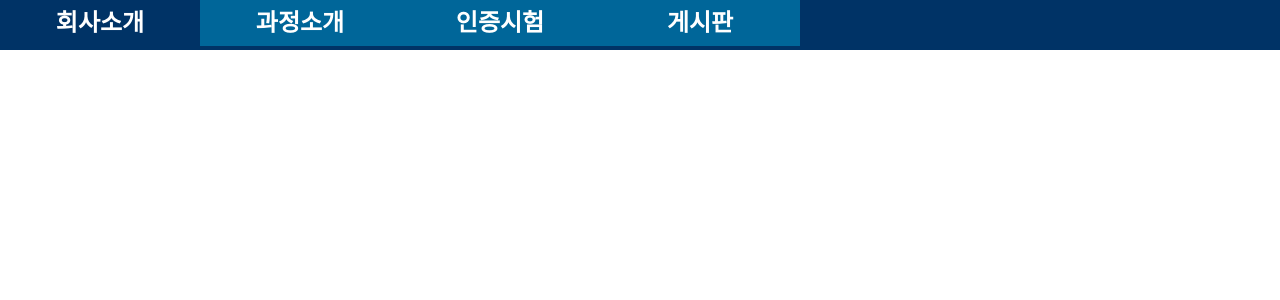
Repository: gyetol/web
Page: 4_11_web/CSS/WebContent/index.html
An editor plug-in stored every save of this project. The page is shown before and after the next save, followed by the edit.
The browser window is 1280 px wide. The pictures show the whole page.

Above is the page before, as saved 2020-04-11 08:42:00.

After the next save:
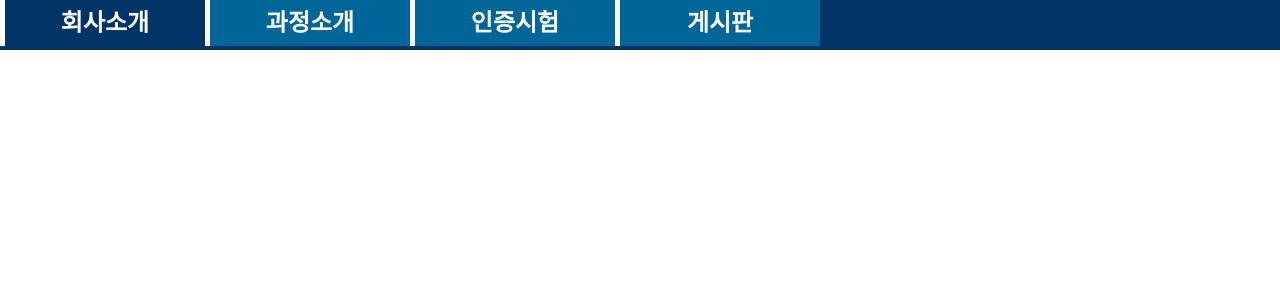
Saved 15 s later.
--- a/4_11_web/CSS/WebContent/css/style.css
+++ b/4_11_web/CSS/WebContent/css/style.css
@@ -19,7 +19,7 @@ body>ul>li{
 	background-color:#006699;
 	color:white;
 	text-align:center;
-	outline-left:5px solid #ffffff
+	border-left:5px solid #ffffff
 }
 
 ul>li>ul>li{
